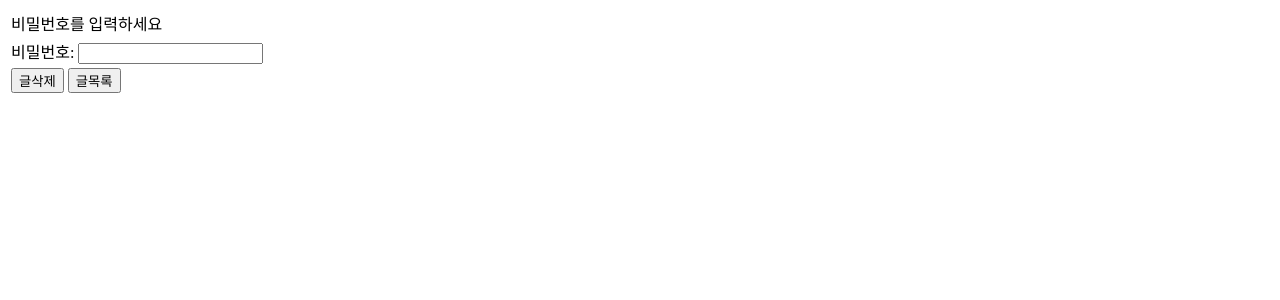
Repository: uj06134/Metabuild_JSP
Page: http://localhost/06_Board/deleteForm.jsp
The author's editor kept a copy of each file at every save. The page is drawn from the files as they stood at one save, then again after a run of saves.
The browser window is 1280 px wide. The pictures show the whole page.
The page is served by Tomcat 9.

Above is the page before, as saved 2025-09-16 00:39:11.

After the next 2 saves:
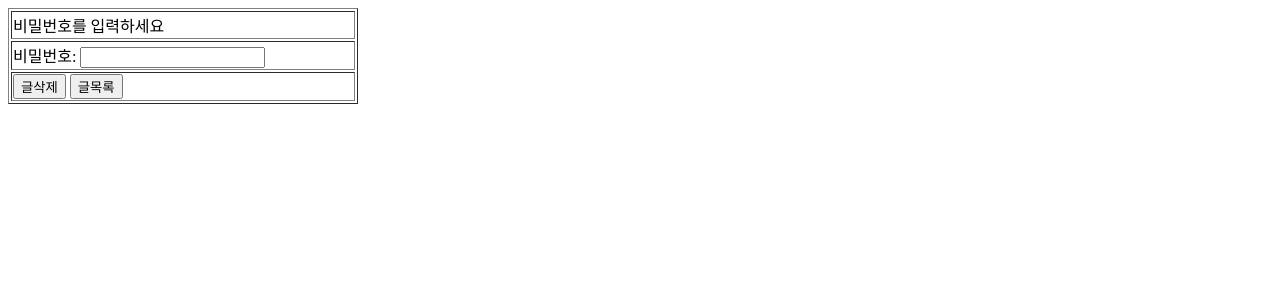
The 2 saves are shown as one change because they came seconds apart.
The last was saved 10 s later.
--- a/06_Board/src/main/webapp/deleteForm.jsp
+++ b/06_Board/src/main/webapp/deleteForm.jsp
@@ -6,7 +6,7 @@
 	String pageNum = request.getParameter("pageNum");
 %>
 <form method="post" action="deleteProc.jsp">
-	<table width="350">
+	<table width="350" border="1">
 		<tr>
 			<td>비밀번호를 입력하세요</td>
 		</tr>
